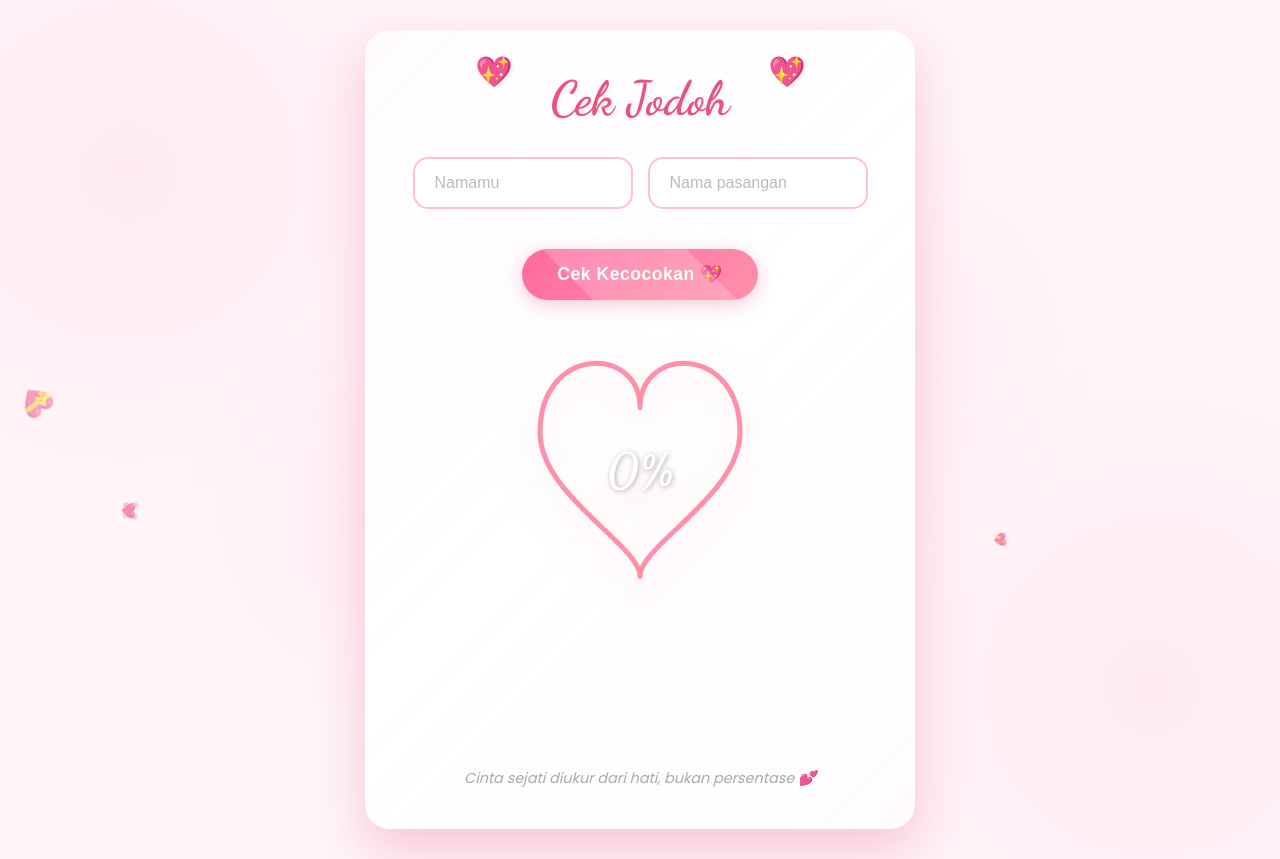
Repository: zhr-nabila/cek-jodoh
Page: cek.html
The author's editor kept a copy of each file at every save. The page is drawn from the files as they stood at one save, then again after the next save.
The browser window is 1280 px wide. The pictures show the whole page.

Above is the page before, as saved 2025-06-10 00:38:25.

### cek.html
<!DOCTYPE html>
<html lang="id">
  <head>
    <meta charset="UTF-8" />
    <meta name="viewport" content="width=device-width, initial-scale=1.0" />
    <title>Cek Kecocokan Pasangan</title>
    <link
      rel="stylesheet"
      href="https://cdnjs.cloudflare.com/ajax/libs/animate.css/4.1.1/animate.min.css"
    />
    <style>
      @import url("https://fonts.googleapis.com/css2?family=Dancing+Script:wght@700&family=Poppins:wght@300;400;500;600&display=swap");

      :root {
        --pink-dark: #e75480;
        --pink-medium: #ff6b9d;
        --pink-light: #ff8fab;
        --pink-soft: #ffc2d1;
        --pink-pale: #fff5f9;
        --shadow-pink: rgba(231, 84, 128, 0.3);
      }

      * {
        box-sizing: border-box;
        margin: 0;
        padding: 0;
      }

      /* Ini biar scrollbar enggak keliatan */
      ::-webkit-scrollbar {
        width: 0;
        background: transparent;
      }

      body {
        background-color: var(--pink-pale);
        font-family: "Poppins", sans-serif;
        text-align: center;
        padding: 30px 0;
        margin: 0;
        min-height: 100vh;
        display: flex;
        justify-content: center;
        align-items: center;
        background-image: radial-gradient(
            circle at 10% 20%,
            rgba(255, 182, 193, 0.15) 0%,
            transparent 25%
          ),
          radial-gradient(
            circle at 90% 80%,
            rgba(255, 182, 193, 0.15) 0%,
            transparent 25%
          ),
          radial-gradient(
            circle at 30% 60%,
            rgba(255, 182, 193, 0.1) 0%,
            transparent 20%
          ),
          radial-gradient(
            circle at 70% 40%,
            rgba(255, 182, 193, 0.1) 0%,
            transparent 20%
          );
        overflow-x: hidden;
        -ms-overflow-style: none; /* IE dan Edge */
        scrollbar-width: none; /* Firefox */
      }

      .container {
        background: white;
        border-radius: 25px;
        padding: 40px;
        box-shadow: 0 20px 50px var(--shadow-pink);
        width: 95%;
        max-width: 550px;
        position: relative;
        overflow: hidden;
        transition: transform 0.3s ease;
        z-index: 1;
      }

      .container::before {
        content: "";
        position: absolute;
        top: -10px;
        left: -10px;
        right: -10px;
        bottom: -10px;
        background: linear-gradient(
          135deg,
          rgba(255, 192, 203, 0.1) 0%,
          rgba(255, 255, 255, 0) 50%,
          rgba(255, 192, 203, 0.1) 100%
        );
        border-radius: 30px;
        z-index: -1;
        animation: shine 8s infinite;
      }

      @keyframes shine {
        0%,
        100% {
          opacity: 0.3;
        }
        50% {
          opacity: 0.8;
        }
      }

      h1 {
        color: var(--pink-dark);
        font-size: 3rem;
        margin-bottom: 30px;
        font-family: "Dancing Script", cursive;
        text-shadow: 2px 2px 4px rgba(0, 0, 0, 0.05);
        position: relative;
        animation: fadeInDown 1s ease;
      }

      h1::after,
      h1::before {
        content: "💖";
        position: absolute;
        font-size: 1.8rem;
        animation: heartbeat 1.5s infinite;
      }

      h1::after {
        top: -15px;
        right: 15%;
      }

      h1::before {
        top: -15px;
        left: 15%;
      }

      .input-group {
        display: flex;
        gap: 15px;
        margin-bottom: 25px;
        justify-content: center;
        animation: fadeIn 1s ease 0.2s both;
      }

      input {
        padding: 15px 20px;
        font-size: 1rem;
        border-radius: 15px;
        border: 2px solid var(--pink-soft);
        width: 100%;
        max-width: 220px;
        transition: all 0.3s;
        background-color: rgba(255, 255, 255, 0.9);
        color: #555;
        font-weight: 500;
      }

      input::placeholder {
        color: #bbb;
        font-weight: 400;
      }

      input:focus {
        outline: none;
        border-color: var(--pink-medium);
        box-shadow: 0 0 0 4px rgba(255, 107, 157, 0.2);
        transform: translateY(-2px);
      }

      button {
        padding: 15px 35px;
        background: linear-gradient(
          135deg,
          var(--pink-medium) 0%,
          var(--pink-light) 100%
        );
        border: none;
        border-radius: 50px;
        color: white;
        font-size: 1.1rem;
        font-weight: 600;
        cursor: pointer;
        transition: all 0.3s;
        box-shadow: 0 5px 20px var(--shadow-pink);
        margin: 15px 0 25px;
        position: relative;
        overflow: hidden;
        animation: fadeIn 1s ease 0.4s both;
        letter-spacing: 0.5px;
      }

      button:hover {
        transform: translateY(-5px);
        box-shadow: 0 10px 25px rgba(231, 84, 128, 0.5);
        background: linear-gradient(
          135deg,
          var(--pink-dark) 0%,
          var(--pink-medium) 100%
        );
      }

      button:active {
        transform: translateY(1px);
      }

      button::after {
        content: "";
        position: absolute;
        top: -50%;
        left: -50%;
        width: 200%;
        height: 200%;
        background: rgba(255, 255, 255, 0.2);
        transform: rotate(45deg);
        transition: all 0.7s;
      }

      button:hover::after {
        left: 100%;
      }

      .love-meter-container {
        perspective: 1000px;
        margin: 30px auto;
        animation: fadeIn 1s ease 0.6s both;
      }

      .love-meter {
        position: relative;
        width: 250px;
        height: 230px;
        margin: 0 auto;
        filter: drop-shadow(0 15px 20px rgba(231, 84, 128, 0.25));
        transform-style: preserve-3d;
        transition: transform 0.5s ease;
      }

      .love-meter:hover {
        transform: rotateY(10deg) rotateX(5deg);
      }

      .heart-svg {
        width: 100%;
        height: 100%;
      }

      .love-fill {
        fill: url(#gradientFill);
        transition: y 1.5s cubic-bezier(0.68, -0.55, 0.27, 1.55),
          height 1.5s cubic-bezier(0.68, -0.55, 0.27, 1.55);
      }

      .percentage {
        position: absolute;
        top: 50%;
        left: 50%;
        transform: translate(-50%, -50%);
        font-size: 3rem;
        font-weight: bold;
        color: white;
        text-shadow: 1px 1px 5px rgba(0, 0, 0, 0.3);
        font-family: "Dancing Script", cursive;
        transition: all 0.3s;
      }

      .message {
        font-size: 1.3rem;
        margin: 20px 0;
        color: var(--pink-dark);
        min-height: 60px;
        padding: 0 20px;
        line-height: 1.5;
        opacity: 0;
        transform: translateY(10px);
        transition: all 0.5s ease-out 0.5s;
        font-weight: 500;
      }

      .message.show {
        opacity: 1;
        transform: translateY(0);
      }

      .couple-names {
        display: flex;
        justify-content: center;
        align-items: center;
        gap: 15px;
        font-size: 1.5rem;
        color: var(--pink-dark);
        font-weight: 600;
        margin-bottom: 15px;
        opacity: 0;
        transform: scale(0.9);
        transition: all 0.5s ease-out 0.3s;
      }

      .couple-names.show {
        opacity: 1;
        transform: scale(1);
      }

      .heart-icon {
        color: var(--pink-medium);
        font-size: 1.8rem;
        animation: heartbeat 1.5s infinite;
        display: inline-block;
        transform-origin: center;
      }

      @keyframes heartbeat {
        0% {
          transform: scale(1);
        }
        25% {
          transform: scale(1.1);
        }
        50% {
          transform: scale(1);
        }
        75% {
          transform: scale(1.1);
        }
        100% {
          transform: scale(1);
        }
      }

      .floating-hearts {
        position: fixed;
        width: 100%;
        height: 100%;
        top: 0;
        left: 0;
        pointer-events: none;
        z-index: -1;
        overflow: hidden;
      }

      .floating-heart {
        position: absolute;
        font-size: 1rem;
        color: var(--pink-light);
        opacity: 0;
        animation: float-up 4s linear forwards;
        z-index: -1;
      }

      @keyframes float-up {
        0% {
          transform: translateY(100vh) rotate(0deg) scale(0.5);
          opacity: 0;
        }
        10% {
          opacity: 0.8;
        }
        100% {
          transform: translateY(-20vh) rotate(360deg) scale(1.2);
          opacity: 0;
        }
      }

      .sparkle {
        position: absolute;
        width: 5px;
        height: 5px;
        background-color: #fff;
        border-radius: 50%;
        pointer-events: none;
        opacity: 0;
        animation: sparkle 1s forwards;
      }

      @keyframes sparkle {
        0% {
          transform: scale(0);
          opacity: 0;
        }
        50% {
          opacity: 0.8;
        }
        100% {
          transform: scale(2);
          opacity: 0;
        }
      }

      .ripple {
        position: absolute;
        border-radius: 50%;
        background-color: rgba(255, 255, 255, 0.6);
        transform: scale(0);
        pointer-events: none;
        animation: ripple 1s ease-out;
      }

      @keyframes ripple {
        to {
          transform: scale(4);
          opacity: 0;
        }
      }

      .confetti {
        position: absolute;
        width: 10px;
        height: 10px;
        background-color: var(--pink-light);
        opacity: 0;
        animation: confetti-fall 3s linear forwards;
      }

      @keyframes confetti-fall {
        0% {
          transform: translateY(-100vh) rotate(0deg);
          opacity: 1;
        }
        100% {
          transform: translateY(100vh) rotate(360deg);
          opacity: 0;
        }
      }

      .footer-note {
        margin-top: 30px;
        font-size: 0.9rem;
        color: #aaa;
        font-style: italic;
        animation: fadeIn 1s ease 0.8s both;
      }

      @media (max-width: 600px) {
        .container {
          padding: 30px 20px;
          width: 95%;
        }

        h1 {
          font-size: 2.5rem;
        }

        h1::after,
        h1::before {
          font-size: 1.5rem;
        }

        .input-group {
          flex-direction: column;
          align-items: center;
          gap: 15px;
        }

        input {
          max-width: 100%;
          padding: 12px 15px;
        }

        .love-meter {
          width: 200px;
          height: 180px;
        }

        .percentage {
          font-size: 2.5rem;
        }

        button {
          padding: 12px 25px;
          font-size: 1rem;
        }

        .couple-names {
          font-size: 1.3rem;
        }

        .message {
          font-size: 1.1rem;
        }
      }

      /* Animations */
      @keyframes fadeIn {
        from {
          opacity: 0;
        }
        to {
          opacity: 1;
        }
      }

      @keyframes fadeInDown {
        from {
          opacity: 0;
          transform: translateY(-20px);
        }
        to {
          opacity: 1;
          transform: translateY(0);
        }
      }

      @keyframes bounceIn {
        from {
          opacity: 0;
          transform: scale(0.5);
        }
        to {
          opacity: 1;
          transform: scale(1);
        }
      }
    </style>
  </head>
  <body>
    <div class="container">
      <h1 class="animate__animated animate__fadeInDown">Cek Jodoh</h1>

      <div class="input-group">
        <input
          type="text"
          id="name1"
          placeholder="Namamu"
          class="animate__animated animate__fadeIn"
        />
        <input
          type="text"
          id="name2"
          placeholder="Nama pasangan"
          class="animate__animated animate__fadeIn"
        />
      </div>

      <button onclick="hitung()" class="animate__animated animate__fadeIn">
        Cek Kecocokan 💖
      </button>

      <div class="love-meter-container">
        <div class="love-meter">
          <svg viewBox="0 0 200 180" class="heart-svg">
            <defs>
              <clipPath id="heartClip">
                <path
                  d="M100 40
                   C100 -10, 180 -10, 180 60
                   C180 110, 100 150, 100 175
                   C100 150, 20 110, 20 60
                   C20 -10, 100 -10, 100 40Z"
                />
              </clipPath>
              <linearGradient id="gradientFill" x1="0" y1="1" x2="0" y2="0">
                <stop offset="0%" stop-color="#e75480" />
                <stop offset="50%" stop-color="#ff6b9d" />
                <stop offset="100%" stop-color="#ff8fab" />
              </linearGradient>
            </defs>
            <rect
              class="love-fill"
              x="0"
              y="180"
              width="200"
              height="0"
              clip-path="url(#heartClip)"
            />
            <path
              d="M100 40
               C100 -10, 180 -10, 180 60
               C180 110, 100 150, 100 175
               C100 150, 20 110, 20 60
               C20 -10, 100 -10, 100 40Z"
              fill="none"
              stroke="#ff8fab"
              stroke-width="4"
              stroke-linejoin="round"
            />
          </svg>
          <div class="percentage">0%</div>
        </div>
      </div>

      <div class="couple-names" id="couple-names">
        <span id="name1-output">Kamu</span>
        <span class="heart-icon">❤️</span>
        <span id="name2-output">Dia</span>
      </div>

      <div class="message" id="message"></div>

      <div class="footer-note">
        Cinta sejati diukur dari hati, bukan persentase 💕
      </div>
    </div>

    <div class="floating-hearts" id="floating-hearts"></div>

    <script>
      function hitungKecocokan(nama1, nama2) {
        let skor = 0;
        const gabungan = (nama1 + nama2).toLowerCase();

        // Hitung berdasarkan huruf
        for (let char of gabungan) {
          skor += char.charCodeAt(0);
        }

        // Tambah random biar seru
        const random = Math.floor(Math.random() * 11); // 0-10

        // Skor dasar antara 40-100 ditambah random
        return Math.min(40 + (skor % 61) + random, 100);
      }

      function dapatkanPesan(skor) {
        if (skor >= 95)
          return "Jodoh sejati! Kalian ditakdirkan bersama ✨💫";
        if (skor >= 90) return "Cinta abadi! Hubungan kalian kuat banget 💖";
        if (skor >= 80) return "Pasangan serasi! Kalian memang berjodoh 😍";
        if (skor >= 70) return "Chemistry-nya wow! Kalian saling melengkapi 🌟";
        if (skor >= 60) return "Potensi bagus! Rawat terus hubungan ini ❤️";
        if (skor >= 50) return "Koneksi oke! Bisa berkembang kalau dijaga 🌱";
        if (skor >= 40) return "Teman dulu aja! Siapa tahu nanti jadian 😊";
        return "Unik banget! Setiap kisah cinta itu spesial 💞";
      }

      function buatHati(jumlah = 5) {
        const container = document.getElementById("floating-hearts");
        const simbolHati = ["❤️", "💖", "💗", "💓", "💘", "💝"];

        for (let i = 0; i < jumlah; i++) {
          const hati = document.createElement("div");
          hati.classList.add("floating-heart");
          hati.innerHTML =
            simbolHati[Math.floor(Math.random() * simbolHati.length)];
          hati.style.left = Math.random() * 100 + "vw";
          hati.style.animationDuration = Math.random() * 3 + 3 + "s";
          hati.style.fontSize = Math.random() * 20 + 15 + "px";
          hati.style.animationDelay = Math.random() * 2 + "s";
          container.appendChild(hati);

          setTimeout(() => {
            hati.remove();
          }, 5000);
        }
      }

      function buatKilatan(x, y) {
        for (let i = 0; i < 10; i++) {
          const kilat = document.createElement("div");
          kilat.classList.add("sparkle");
          kilat.style.left = x + "px";
          kilat.style.top = y + "px";
          kilat.style.animationDelay = i * 0.1 + "s";
          document.body.appendChild(kilat);

          setTimeout(() => {
            kilat.remove();
          }, 1000);
        }
      }

      function buatRipple(x, y) {
        const ripple = document.createElement("div");
        ripple.classList.add("ripple");
        ripple.style.left = x + "px";
        ripple.style.top = y + "px";
        document.body.appendChild(ripple);

        setTimeout(() => {
          ripple.remove();
        }, 1000);
      }

      function buatKonfeti() {
        const warna = ["#ff6b9d", "#ff8fab", "#ffc2d1", "#e75480", "#ffb6c1"];
        const container = document.getElementById("floating-hearts");

        for (let i = 0; i < 50; i++) {
          const konfeti = document.createElement("div");
          konfeti.classList.add("confetti");
          konfeti.style.left = Math.random() * 100 + "vw";
          konfeti.style.backgroundColor =
            warna[Math.floor(Math.random() * warna.length)];
          konfeti.style.width = Math.random() * 10 + 5 + "px";
          konfeti.style.height = Math.random() * 10 + 5 + "px";
          konfeti.style.animationDuration = Math.random() * 2 + 2 + "s";
          container.appendChild(konfeti);

          setTimeout(() => {
            konfeti.remove();
          }, 3000);
        }
      }

      function animasiDetakHati() {
        const iconHati = document.querySelector(".heart-icon");
        iconHati.style.animation = "none";
        void iconHati.offsetWidth; // Trigger reflow
        iconHati.style.animation = "heartbeat 0.6s ease 3";
      }

      function hitung() {
        const nama1 = document.getElementById("name1").value.trim();
        const nama2 = document.getElementById("name2").value.trim();
        const isiHati = document.querySelector(".love-fill");
        const persentase = document.querySelector(".percentage");
        const pesan = document.getElementById("message");
        const nama1Output = document.getElementById("name1-output");
        const nama2Output = document.getElementById("name2-output");
        const pasangan = document.getElementById("couple-names");
        const container = document.querySelector(".container");

        if (!nama1 || !nama2) {
          alert("Isi dulu nama kalian berdua dong!");
          return;
        }

        // Animasi klik
        container.classList.add("animate__animated", "animate__pulse");
        setTimeout(() => {
          container.classList.remove("animate__animated", "animate__pulse");
        }, 1000);

        // Update nama
        nama1Output.textContent = nama1 || "Kamu";
        nama2Output.textContent = nama2 || "Dia";

        // Reset tampilan
        isiHati.setAttribute("y", 180);
        isiHati.setAttribute("height", 0);
        persentase.textContent = "0%";
        pesan.textContent = "";
        pesan.classList.remove("show");
        pasangan.classList.remove("show");

        // Hitung
        const persen = hitungKecocokan(nama1, nama2);
        const tinggiMaks = 180;
        const tinggiIsi = (persen / 100) * tinggiMaks;

        // Animasi setelah jeda
        setTimeout(() => {
          isiHati.setAttribute("y", tinggiMaks - tinggiIsi);
          isiHati.setAttribute("height", tinggiIsi);

          let sekarang = 0;
          const timer = setInterval(() => {
            sekarang++;
            persentase.textContent = sekarang + "%";

            // Animasi detak jantung di persentase tertentu
            if (sekarang === 50 || sekarang === 75 || sekarang === persen) {
              animasiDetakHati();
            }

            if (sekarang >= persen) {
              clearInterval(timer);
              pesan.textContent = dapatkanPesan(persen);
              pesan.classList.add("show");
              pasangan.classList.add("show");

              // Efek keren berdasarkan skor
              if (persen >= 80) {
                buatKonfeti();
                for (let i = 0; i < 20; i++) {
                  setTimeout(() => {
                    buatHati(5);
                  }, i * 100);
                }
              } else if (persen >= 60) {
                for (let i = 0; i < 15; i++) {
                  setTimeout(() => {
                    buatHati(3);
                  }, i * 150);
                }
              } else {
                for (let i = 0; i < 10; i++) {
                  setTimeout(() => {
                    buatHati(2);
                  }, i * 200);
                }
              }
            }
          }, 20);
        }, 100);
      }

      // Efek kilat saat input diklik
      document.querySelectorAll("input").forEach((input) => {
        input.addEventListener("focus", (e) => {
          const rect = e.target.getBoundingClientRect();
          buatKilatan(
            rect.left + rect.width / 2,
            rect.top + rect.height / 2
          );
        });
      });

      // Efek ripple saat tombol diklik
      document.querySelector("button").addEventListener("click", (e) => {
        const rect = e.target.getBoundingClientRect();
        buatRipple(rect.left + rect.width / 2, rect.top + rect.height / 2);
      });

      // Bisa pake Enter juga
      document.addEventListener("keypress", function (e) {
        if (e.key === "Enter") {
          hitung();
        }
      });

      // Hati-harti awal
      for (let i = 0; i < 8; i++) {
        setTimeout(() => {
          buatHati(1);
        }, i * 800);
      }
    </script>
  </body>
</html>

After the next save:
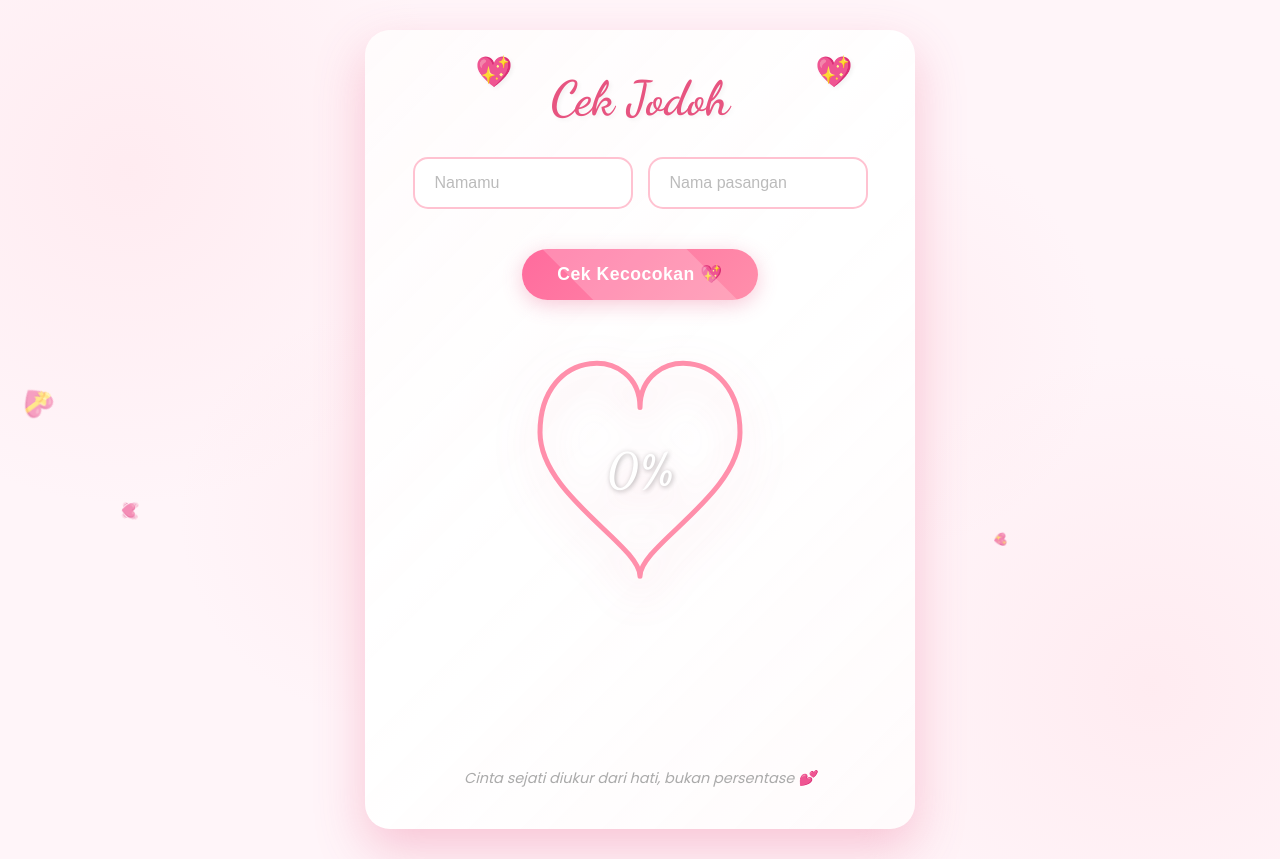
Saved 31 s later.
--- a/cek.html
+++ b/cek.html
@@ -128,7 +128,7 @@
 
       h1::after {
         top: -15px;
-        right: 15%;
+        right: 5%;
       }
 
       h1::before {
